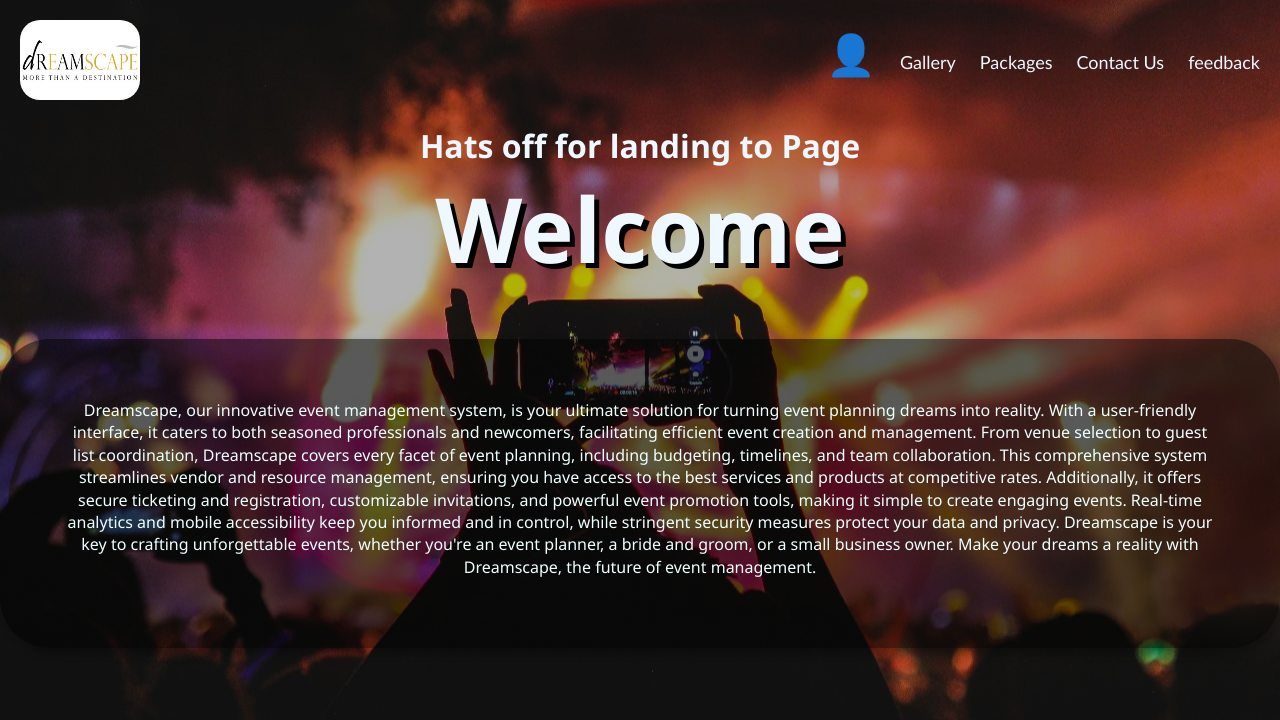
Repository: Dulankayapa/2ndyearoopprojrct
Page: http://localhost/feedback/home.jsp
The author's editor kept a copy of each file at every save. The page is drawn from the files as they stood at one save, then again after the next save.
The browser window is 1280 px wide. The pictures show the whole page.
The page is served by Tomcat 9. Other server files are loaded and not shown. The template is opened directly, without the code that normally fills it, so the values that code supplies are empty.

Above is the page before, as saved 2023-10-23 14:45:49.

### feedback/src/main/webapp/home.jsp
<%@ page language="java" contentType="text/html; charset=ISO-8859-1"
	pageEncoding="ISO-8859-1"%>
<!DOCTYPE html>
<html>
<head>
<title>DreamScape</title>
<style>
* {
	margin: 0;
	padding: 0;
}

body {
	background-image: linear-gradient(rgba(0, 0, 0, 0.3), rgba(0, 0, 0, 0.3)),
		url("pexels-pixabay-206359.jpg");
	background-repeat: no-repeat;
	background-position: center;
	background-size: cover;
	background-attachment: fixed;
}

img {
	border-radius: 40px;
	width: 120px;
	height: 80px;
	margin: 0;
	padding: 20px;
}

h2 {
	font-family: 'Segoe UI', Tahoma, Geneva, Verdana, sans-serif;
	text-align: center;
	color: aliceblue;
	font-size: 32px;
	margin: 0% 0% 0% 0%;
	padding: 0%;
}

h1 {
	text-align: center;
	font-size: 90px;
	font-family: 'Segoe UI', Tahoma, Geneva, Verdana, sans-serif;
	color: aliceblue;
	text-shadow: 5px 5px black;
	margin: 0%;
	padding: 0%;
}

p {
	font-family: 'Segoe UI', Tahoma, Geneva, Verdana, sans-serif;
	text-align: center;
	color: azure;
	line-height: 1.4;
	margin: 50px 50px 60px 50px;
}

.showcase {
	justify-content: center;
	align-items: center;
	text-align: center;
}

.button {
	font-size: 18px;
	text-decoration: none;
	color: black;
	border: yellowgreen 2px solid;
	padding: 10px 20px;
	border-radius: 40px;
	margin-top: 5px;
}

.button:hover {
	background: green;
	color: aliceblue;
}

.nav-area {
	float: right;
	list-style: none;
	margin-top: 30px;
	padding-right: 10px;
}

.nav-area li {
	display: inline-block;
}

.nav-area li a {
	color: aliceblue;
	text-decoration: none;
	padding: 5px 10px;
	font-family: 'Trebuchet MS', 'Lucida Sans Unicode', 'Lucida Grande',
		'Lucida Sans', Arial, sans-serif;
	font-size: 18px;
	border-radius: 10px;
}

.nav-area li a:hover {
	background: aliceblue;
	color: blue;
}

.hometext {
	background-color: rgba(0, 0, 0, 0.5);
	color: white;
	padding: 10px;
	border-radius: 50px;
	box-shadow: 5px 5px 10px rgba(0, 0, 0, 0.3);
	text-align: justify;
	margin-top:50px;
}
</style>
</head>
<body>

	<img src="headerlogo.jpg" alt="logo" class="img">




	<ul class="nav-area">

<li><a href="useraccount.jsp" style="font-size: 40px;">&#128100;</a></li>
		<li><a href="EventGallery.jsp">Gallery</a></li>
		<li><a href="www.google.com">Packages</a></li>
		<li><a href="www.google.com">Contact Us</a></li>
		<li><a href="${fform}">feedback</a></li>
	</ul>

	<h2>Hats off for landing to Page</h2>
	<h1>Welcome</h1>
	<div class="hometext">
		<p>Dreamscape, our innovative event management system, is your ultimate solution for turning event planning dreams into reality.
	 With a user-friendly interface, it caters to both seasoned professionals and newcomers, facilitating efficient event creation and management.
	From venue selection to guest list coordination, Dreamscape covers every facet of event planning,
	including budgeting, timelines, and team collaboration.
	 This comprehensive system streamlines vendor and resource management,
	  ensuring you have access to the best services and products at competitive rates.
	Additionally, it offers secure ticketing and registration, customizable invitations, and powerful event promotion tools, making it simple to create engaging events.
	 Real-time analytics and mobile accessibility keep you informed and in control,
	while stringent security measures protect your data and privacy. Dreamscape is your key to crafting unforgettable events, whether you're an event planner,
	a bride and groom, or a small business owner. Make your dreams a reality with Dreamscape, the future of event management. </p>

	</div>



</body>
</html>

After the next save:
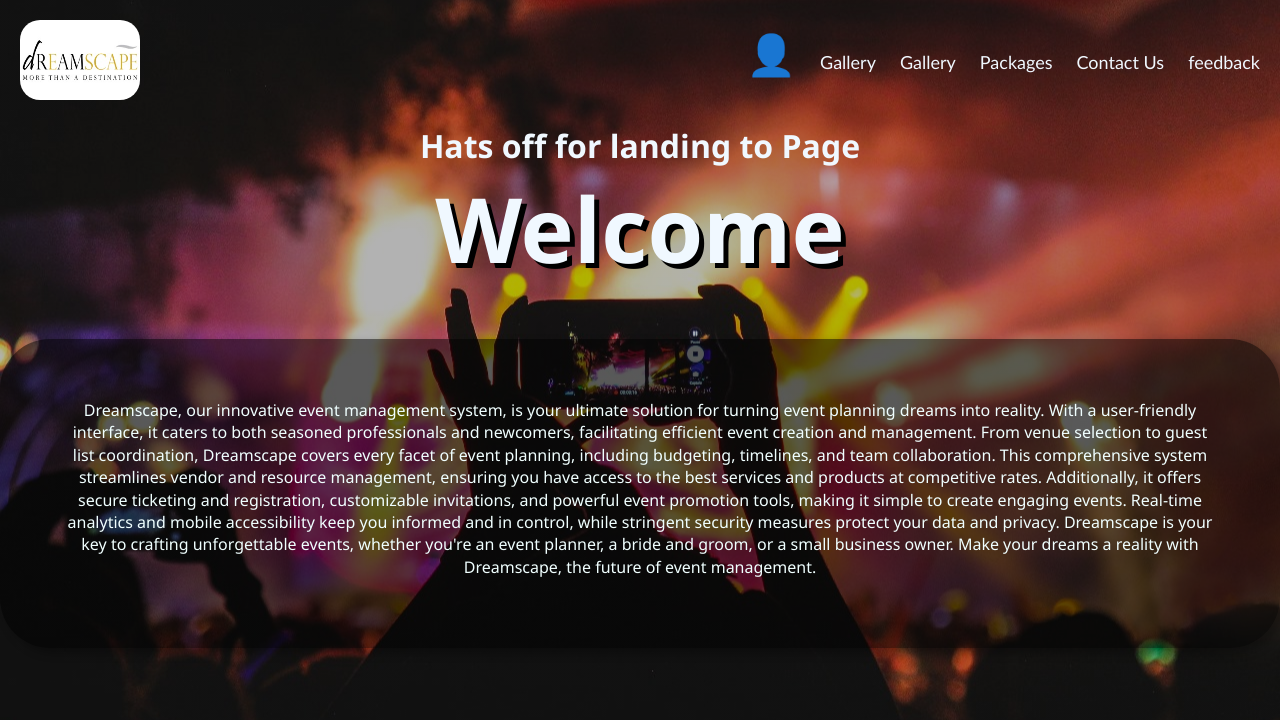
Saved 56 s later.
--- a/feedback/src/main/webapp/home.jsp
+++ b/feedback/src/main/webapp/home.jsp
@@ -123,6 +123,7 @@ p {
 
 <li><a href="useraccount.jsp" style="font-size: 40px;">&#128100;</a></li>
 		<li><a href="EventGallery.jsp">Gallery</a></li>
+			<li><a href="EventGallery.jsp">Gallery</a></li>
 		<li><a href="www.google.com">Packages</a></li>
 		<li><a href="www.google.com">Contact Us</a></li>
 		<li><a href="${fform}">feedback</a></li>
